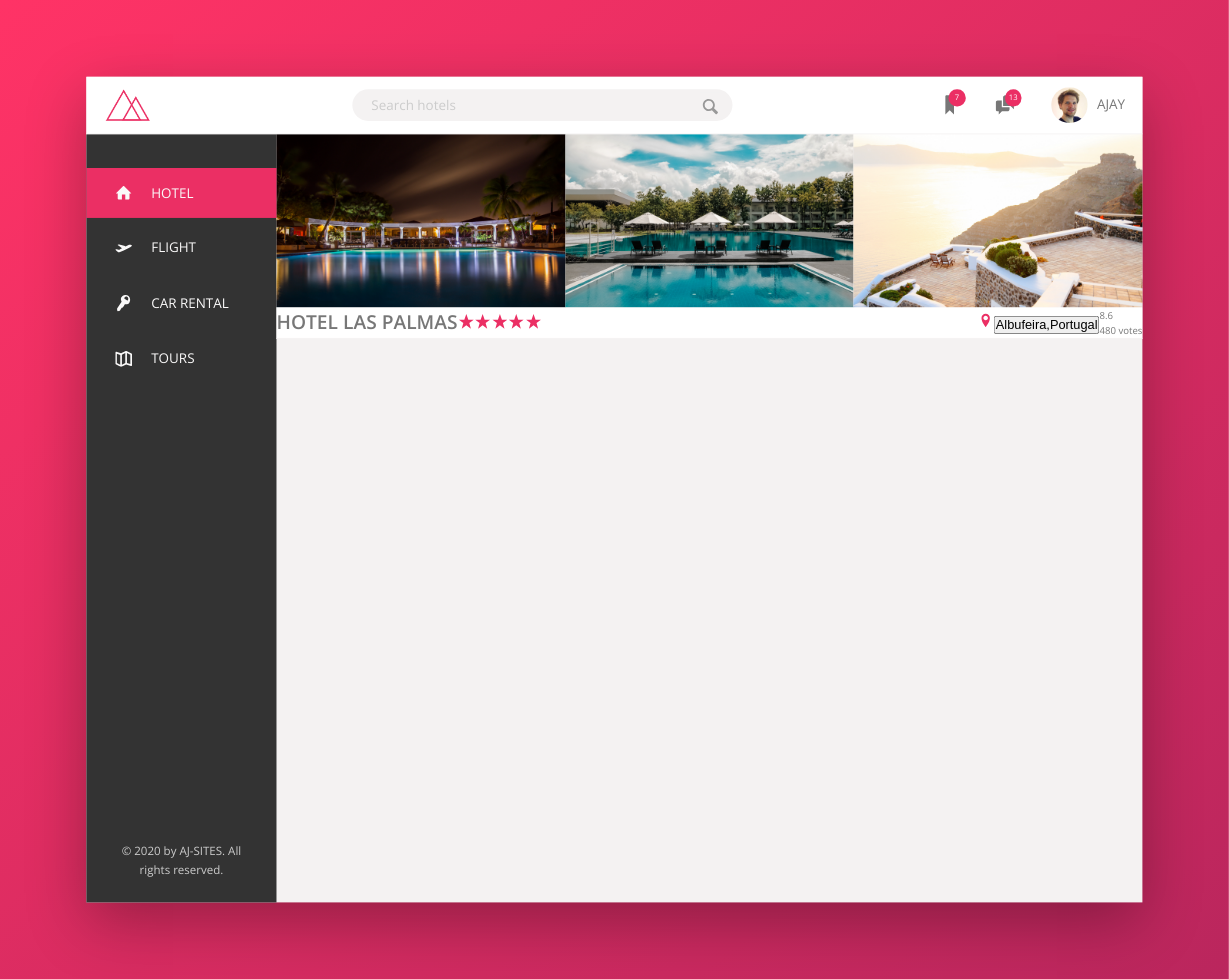
Repository: ajayaj2001/modern-Hotel
Page: /
An editor plug-in stored every save of this project. The page is shown before and after the next save, followed by the edit.
The browser window is 1280 px wide. The pictures show the whole page, at 96% of full size.
The project was rebuilt for these pictures with package versions that can differ from the ones it lists, and the page was loaded fresh each time.

Above is the page before, as saved 2020-12-13 20:17:13.

### public/index.html
<!DOCTYPE html>
<html lang="en">

<head>
  <meta charset="utf-8" />
  <link rel="icon" href="%PUBLIC_URL%/favicon.ico" />
  <meta name="viewport" content="width=device-width, initial-scale=1" />
  <meta name="theme-color" content="#000000" />
  <meta name="description" content="Web site created using create-react-app" />
  <link rel="apple-touch-icon" href="%PUBLIC_URL%/logo192.png" />
  <link rel="preconnect" href="https://fonts.gstatic.com">
  <link href="https://fonts.googleapis.com/css2?family=Open+Sans:wght@300;400;600&display=swap" rel="stylesheet">
  <!--
      manifest.json provides metadata used when your web app is installed on a
      user's mobile device or desktop. See https://developers.google.com/web/fundamentals/web-app-manifest/
    -->
  <link rel="manifest" href="%PUBLIC_URL%/manifest.json" />
  <!--
      Notice the use of %PUBLIC_URL% in the tags above.
      It will be replaced with the URL of the `public` folder during the build.
      Only files inside the `public` folder can be referenced from the HTML.

      Unlike "/favicon.ico" or "favicon.ico", "%PUBLIC_URL%/favicon.ico" will
      work correctly both with client-side routing and a non-root public URL.
      Learn how to configure a non-root public URL by running `npm run build`.
    -->
  <title>React App</title>
</head>

<body>
  <noscript>You need to enable JavaScript to run this app.</noscript>
  <div id="root"></div>
  <!--
      This HTML file is a template.
      If you open it directly in the browser, you will see an empty page.

      You can add webfonts, meta tags, or analytics to this file.
      The build step will place the bundled scripts into the <body> tag.

      To begin the development, run `npm start` or `yarn start`.
      To create a production bundle, use `npm run build` or `yarn build`.
    -->
</body>

</html>

### src/index.js
import React from 'react';
import ReactDOM from 'react-dom';
import './index.scss';
import App from '../src/app/App';

ReactDOM.render(
  <React.StrictMode>
    <App />
  </React.StrictMode>,
  document.getElementById('root')
);

### src/index.scss
@import "../src/scss/reuse.scss";
* {
  margin: 0;
  padding: 0;
}
:root {
  --color-primary: #eb2f64;
  --color-primary-light: #ff3366;
  --color-primary-dark: #ba265d;

  --color-gray-light-1: #faf9f9;
  --color-gray-light-2: #f4f2f2;
  --color-gray-light-3: #f0eeee;
  --color-gray-light-4: #ccc;

  --color-gray-dark-1: #333;
  --color-gray-dark-2: #777;
  --color-gray-dark-3: #999;
}
*,
*::before,
*::after {
  box-sizing: inherit;
}
html {
  box-sizing: border-box;
  font-size: 62.5%; //1rem=10px 10px/16px=62.5%
}
body {
  font-family: "Open Sans", sans-serif;
  -webkit-font-smoothing: antialiased;
  -moz-osx-font-smoothing: grayscale;
  font-family: "Open Sans", sans-serif;
  font-weight: 400;
  line-height: 1.6;
  background-image: linear-gradient(to right bottom, var(--color-primary-light), var(--color-primary-dark));
  background-size: cover;
  background-repeat: no-repeat;
  min-height: 100vh;
  color: var(--color-gray-dark-2);
}

### src/app/App.js
import React from 'react';
import Header from '../header/Header';
import Navigation from '../navigation/Navigation'
import Hotelview from '../hotel-view/Hotelview'
import './App.scss';
function App() {
  return (
    <div className="container">
      <Header />
      <div className="content">
        <Navigation />
        <Hotelview />
      </div>
    </div>
  );
}

export default App;

### src/scss/reuse.scss
// variables

// $primary: #eb2f64;
// $primary-light: #ff3366;
// $primary-dark: #ba265d;

// $gray-light-1: #faf9f9;
// $gray-light-2: #f4f2f2;
// $gray-light-3: #f0eeee;

// $gray-dark-1: #333;
// $gray-dark-2: #777;
// $gray-dark-3: #999;

### src/header/Header.js
import React from 'react'
import './Header.scss';
import logo from '../img/logo.png';
import user from '../img/user.jpg';
import svg from '../img/sprite.svg'
const Header = () => {
    return (
        <div className="header">
            <img src={logo} alt="logo" className="logo" />

            <form action="#" className="search">
                <input type="text" className="search__input" placeholder="Search hotels" />
                <button className="search__button">
                    <svg className="search__icon">
                        <use xlinkHref={`${svg}#icon-magnifying-glass`}></use>
                    </svg>
                </button>
            </form>
            <nav className="user-nav">
                <div className="user-nav__icon-box">
                    <svg className="user-nav__icon">
                        <use xlinkHref={`${svg}#icon-bookmark`}></use>
                    </svg>
                    <span className="user-nav__notification">7</span>
                </div>
                <div className="user-nav__icon-box">
                    <svg className="user-nav__icon">
                        <use xlinkHref={`${svg}#icon-chat`}></use>
                    </svg>
                    <span className="user-nav__notification">13</span>
                </div>
                <div className="user-nav__user">
                    <img src={user} alt="user-profile" className="user-nav__user-photo" />
                    <span className="user-nav__user-name">AJAY</span>
                </div>
            </nav>
        </div>
    )
}

export default Header

### src/navigation/Navigation.js
import React from 'react'
import './Navigation.scss'
import svg from '../img/sprite.svg'
const Navigation = () => {
    return (
        <React.Fragment>
            <nav className="sidebar">
                <ul className="side-nav">
                    <li className="side-nav__item side-nav__item--active">
                        <a href="#home" className="side-nav__link">
                            <svg className="side-nav__icon">
                                <use xlinkHref={`${svg}#icon-home`}></use>
                            </svg>
                            <span className="side-nav__text">hotel</span>
                        </a>
                    </li>
                    <li className="side-nav__item">
                        <a href="#flight" className="side-nav__link">
                            <svg className="side-nav__icon">
                                <use xlinkHref={`${svg}#icon-aircraft-take-off`}></use>
                            </svg>
                            <span className="side-nav__text">flight</span>
                        </a>
                    </li>
                    <li className="side-nav__item">
                        <a href="#car-rental" className="side-nav__link">
                            <svg className="side-nav__icon">
                                <use xlinkHref={`${svg}#icon-key`}></use>
                            </svg>
                            <span className="side-nav__text">car rental</span>
                        </a>
                    </li>
                    <li className="side-nav__item">
                        <a href="#tours" className="side-nav__link">
                            <svg className="side-nav__icon">
                                <use xlinkHref={`${svg}#icon-map`}></use>
                            </svg>
                            <span className="side-nav__text">tours</span>
                        </a>
                    </li>
                </ul>
                <div className="legal">
                    &copy; 2020 by AJ-SITES. All rights reserved.
                </div>
            </nav>
        </React.Fragment>
    )
}

export default Navigation

### src/hotel-view/Hotelview.js
import React from 'react'
import './Hotelview.scss'
import Overview from './overview/Overview'
const Hotelview = () => {
    return (
        <React.Fragment>
            <main className="hotelview">
                <Overview />
            </main>
        </React.Fragment>
    )
}

export default Hotelview

### src/app/App.scss
.container {
    max-width: 110rem;
    margin: 8rem auto;
    background-color: var(--color-gray-light-2);
    box-shadow: 0 2rem 6rem rgba(black, 0.3);
    min-height: 50rem;
}
.content {
    display: flex;
}

### src/header/Header.scss
.header {
    height: 6rem;
    background-color: #fff;
    border-bottom: 1px solid var(--color-gray-light-2);
    display: flex;
    justify-content: space-between;
    align-items: center;
}
.logo {
    height: 3.25rem;
    margin-left: 2rem;
}
.search {
    display: flex;
    flex: 0 0 40%;
    align-items: center;
    justify-content: center;

    &__input {
        font-family: inherit;
        font-size: 1.4rem;
        color: inherit;
        background-color: var(--color-gray-light-2);
        border: none;
        padding: 0.7rem 2rem;
        border-radius: 10rem;
        width: 90%;
        transition: all 0.3s;
        margin-right: -3.25rem;
        &:focus {
            outline: none;
            width: 100%;
            background-color: var(--color-gray-light-3);
        }
        &::-webkit-input-placeholder {
            font-weight: 100;
            color: var(--color-gray-light-4);
        }
    }
    &__input:focus + &__button {
        background-color: var(--color-gray-light-3);
    }
    &__button {
        height: 2.8rem;
        border: none;
        background-color: var(--color-gray-light-2);
        &:focus {
            outline: none;
        }
        &:active {
            transform: translateY(2px);
        }
    }
    &__icon {
        height: 3rem;
        width: 2rem;
        fill: var(--color-gray-dark-3);
    }
}

.user-nav {
    align-self: stretch;
    display: flex;
    align-items: center;
    cursor: pointer;
    & > * {
        height: 100%;
        padding: 0 1.8rem;
        display: flex;
        align-items: center;
    }
    & > *:hover {
        background-color: var(--color-gray-light-2);
    }
    &__icon-box {
        position: relative;
    }
    &__icon {
        height: 2.25rem;
        width: 2.25rem;
        fill: var(--color-gray-dark-2);
    }
    &__notification {
        font-size: 0.8rem;
        height: 1.75rem;
        width: 1.75rem;
        border-radius: 50%;
        background-color: var(--color-primary);
        color: #fff;
        position: absolute;
        top: 1.3rem;
        right: 1.3rem;
        display: flex;
        justify-content: center;
        align-items: center;
    }
    &__user-photo {
        height: 3.75rem;
        border-radius: 50%;
        margin-right: 1rem;
    }
    &__user-name {
        font-size: 1.4rem;
    }
}

### src/navigation/Navigation.scss
.sidebar {
    background-color: var(--color-gray-dark-1);
    flex: 0 0 18%;
    display: flex;
    flex-direction: column;
    justify-content: space-between;
}
.side-nav {
    font-size: 1.4rem;
    list-style: none;
    margin-top: 3.5rem;
    &__item {
        position: relative;
        &:not(:last-child) {
            margin-bottom: 0.5rem;
        }
    }
    &__item::before {
        content: "";
        position: absolute;
        top: 0;
        left: 0;
        height: 100%;
        width: 3px;
        background-color: var(--color-primary);
        transform: scaleY(0);
        transition: transform 0.2s, width 0.4s cubic-bezier(1, 0, 0, 1) 0.2s, background-color 0.1s;
    }
    &__item:hover::before,
    &__item--active::before {
        transform: scaleY(1);
        width: 100%;
    }
    &__item:active::before {
        background-color: var(--color-primary-light);
    }
    &__link:link,
    &__link:visited {
        position: relative;
        color: var(--color-gray-light-1);
        text-decoration: none;
        text-transform: uppercase;
        display: block;
        padding: 1.5rem 3rem;
        display: flex;
        align-items: center;
        z-index: 20;
    }
    &__icon {
        width: 1.75rem;
        height: 1.75rem;
        fill: currentColor;
        margin-right: 2rem;
    }
}
.legal {
    font-size: 1.2rem;
    text-align: center;
    padding: 2.5rem;
    color: var(--color-gray-light-4);
}

### src/hotel-view/Hotelview.scss
.hotelview {
    flex: 1;
    height: 80rem;
}

### src/hotel-view/overview/Overview.js
import React from 'react'
import './Overview.scss'
import hotel1 from '../../img/hotel-1.jpg'
import hotel2 from '../../img/hotel-2.jpg'
import hotel3 from '../../img/hotel-3.jpg'
import svg from '../../img/sprite.svg'
const Overview = () => {
    return (
        <React.Fragment>
            <div className="gallery">
                <figure className="gallery__item">
                    <img src={hotel1} alt="hotel building" className="gallery__photo" />
                </figure>
                <figure className="gallery__item">
                    <img src={hotel2} alt="hotel building" className="gallery__photo" />
                </figure>
                <figure className="gallery__item">
                    <img src={hotel3} alt="hotel building" className="gallery__photo" />
                </figure>
            </div>
            <div className="overview">
                <h1 className="overview__heading">
                    HOTEL LAS PALMAS
                </h1>
                <div className="overview__stars">
                    <svg className="overview__icon-star">
                        <use xlinkHref={`${svg}#icon-star`}></use>
                    </svg>
                    <svg className="overview__icon-star">
                        <use xlinkHref={`${svg}#icon-star`}></use>
                    </svg>
                    <svg className="overview__icon-star">
                        <use xlinkHref={`${svg}#icon-star`}></use>
                    </svg>
                    <svg className="overview__icon-star">
                        <use xlinkHref={`${svg}#icon-star`}></use>
                    </svg>
                    <svg className="overview__icon-star">
                        <use xlinkHref={`${svg}#icon-star`}></use>
                    </svg>
                </div>
                <div className="overview__location">
                    <svg className="overview__icon-location">
                        <use xlinkHref={`${svg}#icon-location-pin`}></use>
                    </svg>
                    <button className="btn-inline">Albufeira,Portugal</button>
                </div>
                <div className="overview__rating">
                    <div className="overview__rating-average">8.6</div>
                    <div className="overview__rating-count">480 votes</div>
                </div>
            </div>
        </React.Fragment>
    )
}

export default Overview

### src/hotel-view/overview/Overview.scss
.gallery {
    display: flex;
    &__photo {
        width: 100%;
        display: block;
    }
}

.overview {
    background-color: white;
    display: flex;
    align-items: center;
    border-bottom: 1px solid var(--color-gray-light-2);
    &__heading {
    }
    &__stars {
        margin-right: auto;
    }
    &__icon-star,
    &__icon-location {
        width: 1.75rem;
        height: 1.75rem;
        fill: var(--color-primary);
    }
    &__location {
    }
    &__rating {
        &-average {
        }
        &-count {
        }
    }
}

After the next save:
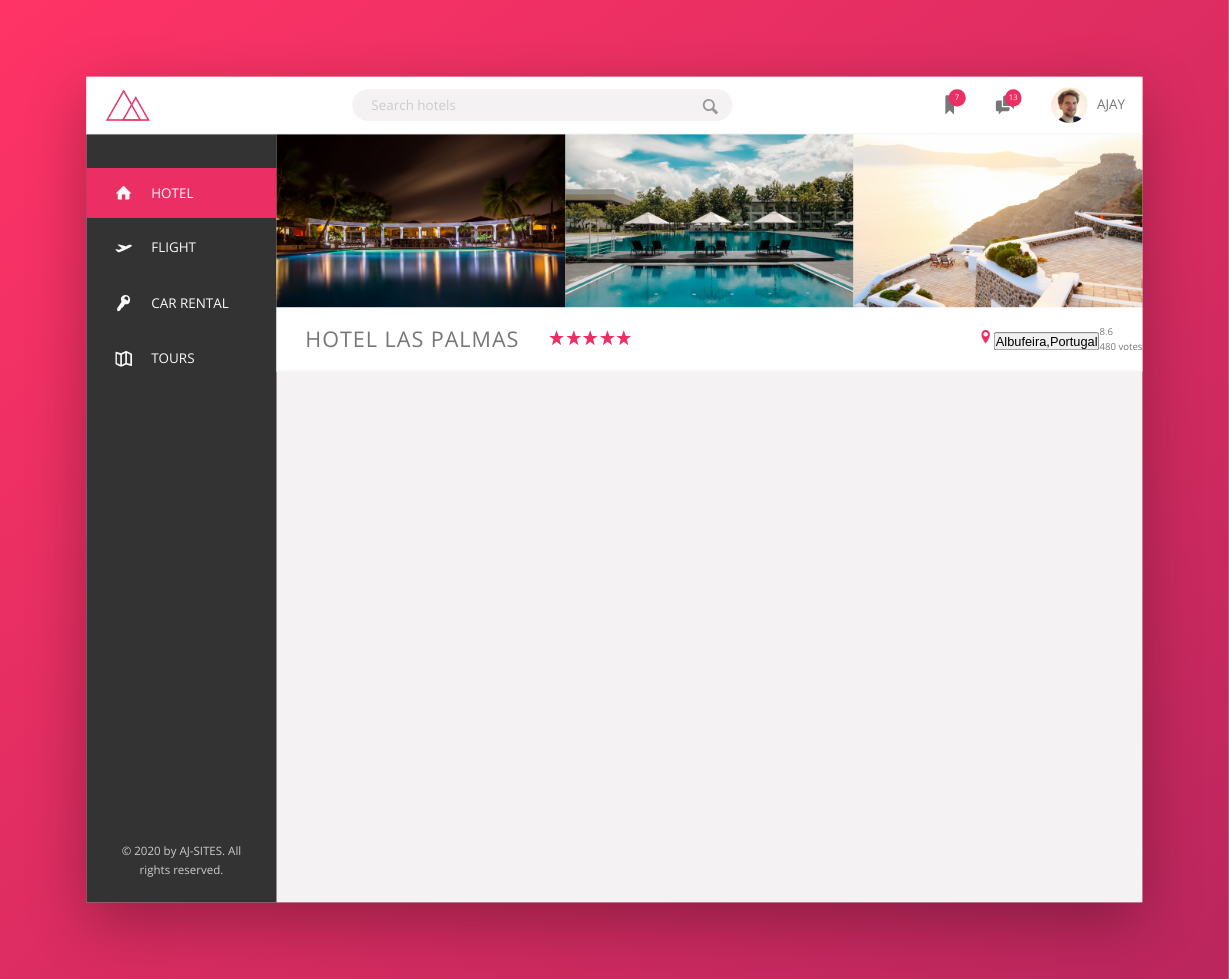
Saved 103 s later.
--- a/src/hotel-view/overview/Overview.scss
+++ b/src/hotel-view/overview/Overview.scss
@@ -12,6 +12,11 @@
     align-items: center;
     border-bottom: 1px solid var(--color-gray-light-2);
     &__heading {
+        font-size: 2.25rem;
+        font-weight: 300;
+        text-transform: uppercase;
+        letter-spacing: 1px;
+        padding: 1.5rem 3rem;
     }
     &__stars {
         margin-right: auto;
